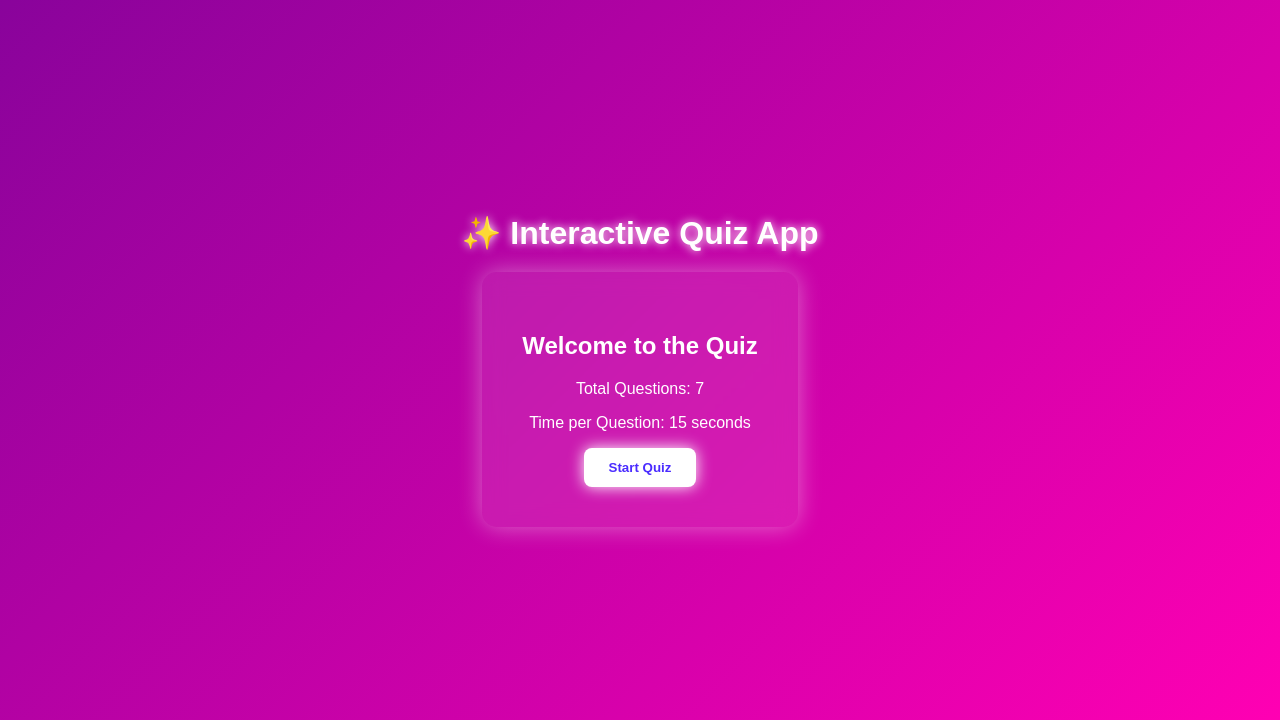
Repository: fatimaqueen9967-eng/SyntacexhubQuizApp
Page: index.html
The author's editor kept a copy of each file at every save. The page is drawn from the files as they stood at one save, then again after the next save.
The browser window is 1280 px wide. The pictures show the whole page.

Above is the page before, as saved 2026-03-15 20:31:04.

### index.html
<!DOCTYPE html>
<html lang="en">
<head>
<meta charset="UTF-8">
<meta name="viewport" content="width=device-width, initial-scale=1.0">
<title>Quiz App</title>
<link rel="stylesheet" href="style.css">
</head>

<body>

<h1 class="title">✨ Interactive Quiz App</h1>

<!-- START SCREEN -->

<div id="startScreen" class="start-screen">

<h2>Welcome to the Quiz</h2>

<p>Total Questions: <span id="totalQ"></span></p>
<p>Time per Question: 15 seconds</p>

<button id="startBtn">Start Quiz</button>

</div>

<!-- QUIZ BOX -->

<div class="box hidden">

<div class="progress-bar">
<div id="progress"></div>
</div>

<div class="top-bar">
<span id="counter"></span>
<span id="timer">⏱ 15s</span>
</div>

<div id="question"></div>

<div id="options" class="options"></div>

<div id="answer-info"></div>

<button id="nextBtn">Next</button>

</div>

<!-- RESULT -->

<div id="result" class="result-box hidden">

<div class="circle">
<span id="scorePercent">0%</span>
</div>

<h2>Quiz Result</h2>

<p id="correct"></p>
<p id="wrong"></p>

<button onclick="location.reload()">Restart Quiz</button>

</div>

<script src="script.js"></script>

</body>
</html>

### style.css
body{
background:linear-gradient(135deg,#89039b,#ff00b3);
font-family:Arial;
display:flex;
flex-direction:column;
align-items:center;
justify-content:center;
min-height:100vh;
margin:0;
color:white;
}

/* TITLE */

.title{
margin-bottom:20px;
text-shadow:0 0 10px white;
}

/* START SCREEN */

.start-screen{
background:rgba(255,255,255,0.1);
padding:40px;
border-radius:15px;
text-align:center;
box-shadow:0 0 25px rgba(255,255,255,0.4);
backdrop-filter:blur(10px);
animation:fadeIn 1s;
}

.start-screen button{
padding:12px 25px;
border:none;
border-radius:8px;
background:#fff;
color:#4b2cff;
font-weight:bold;
cursor:pointer;
box-shadow:0 0 15px white;
transition:.3s;
}

.start-screen button:hover{
transform:scale(1.1);
}

/* QUIZ BOX */

.box{
background:white;
color:#333;
width:420px;
max-width:90%;
padding:25px;
border-radius:12px;
box-shadow:0 0 25px rgba(0,0,0,0.3);
animation:fadeIn .5s;
}

.hidden{
display:none;
}

/* PROGRESS BAR */

.progress-bar{
width:100%;
height:8px;
background:#ddd;
border-radius:10px;
overflow:hidden;
margin-bottom:15px;
}

#progress{
height:100%;
width:0%;
background:linear-gradient(90deg,#4b2cff,#00c6ff);
transition:width .4s;
}

/* TOP BAR */

.top-bar{
display:flex;
justify-content:space-between;
margin-bottom:10px;
font-weight:bold;
}

/* QUESTION */

#question{
font-size:18px;
margin-bottom:15px;
}

/* OPTIONS */

.options button{
display:block;
width:100%;
padding:10px;
margin:8px 0;
border:none;
border-radius:8px;
background:#4b2cff;
color:white;
cursor:pointer;
transition:.3s;
}

.options button:hover{
transform:scale(1.05);
background:#2f1acc;
}

/* ANSWERS */

.correct{
background:#27ae60 !important;
}

.wrong{
background:#e74c3c !important;
}

/* CORRECT ANSWER TEXT */

#answer-info{
margin-top:10px;
font-weight:bold;
color:red;
}

/* NEXT BUTTON */

#nextBtn{
margin-top:15px;
padding:10px 20px;
background:#4b2cff;
color:white;
border:none;
border-radius:6px;
cursor:pointer;
}

/* RESULT */

.result-box{
text-align:center;
background:white;
color:#333;
padding:30px;
border-radius:12px;
width:350px;
max-width:90%;
box-shadow:0 0 25px rgba(0,0,0,0.3);
}

.circle{
width:150px;
height:150px;
border-radius:50%;
border:12px solid #4b2cff;
display:flex;
align-items:center;
justify-content:center;
font-size:28px;
font-weight:bold;
margin:20px auto;
animation:pop .6s;
}

/* ANIMATIONS */

@keyframes pop{
from{transform:scale(.5);opacity:0}
to{transform:scale(1)}
}

@keyframes fadeIn{
from{opacity:0;transform:translateY(20px)}
to{opacity:1}
}

/* RESPONSIVE */

@media(max-width:600px){

.box{
padding:20px;
}

#question{
font-size:16px;
}

.options button{
font-size:14px;
}

.circle{
width:120px;
height:120px;
font-size:22px;
}

}

### script.js
// Quiz Data
const quizData=[
{
question:"What is the capital of France?",
options:["Berlin","Madrid","Paris","Rome"],
answer:"Paris"
},
{
question:"Full form of HTML?",
options:["Hyper Text Markup Language","High Text Markup Language","Hyper Text Market Language","None"],
answer:"Hyper Text Markup Language"
},
{
question:"Founder of Microsoft?",
options:["Steve Jobs","Bill Gates","Mark Zuckerberg","Elon Musk"],
answer:"Bill Gates"
},
{
question:"Why do we use CSS?",
options:["To structure the content","To style the content","To add interactivity"],
answer:"To style the content"
},
{
question:"DOM stands for?",
options:["Document Object Model","Data Object Model","Document Oriented Model","Data Oriented Model"],
answer:"Document Object Model"
},
{
question:"What does CreateElement do in JavaScript?",
options:["Creates a new HTML element","Deletes an HTML element","Updates an HTML element"],
answer:"Creates a new HTML element"
},
{
question:"What is Bootstrap?",
options:["A CSS framework","A JavaScript library","A Python framework"],
answer:"A CSS framework"
}
]

// DOM Elements
let currentQuestion=0
let score=0
let wrong=0
let timer
let timeLeft=15

const startBtn=document.getElementById("startBtn")
const startScreen=document.getElementById("startScreen")
const totalQ=document.getElementById("totalQ")
const counter=document.getElementById("counter")

const questionEl=document.getElementById("question")
const optionsEl=document.getElementById("options")
const nextBtn=document.getElementById("nextBtn")
const timerEl=document.getElementById("timer")
const progress=document.getElementById("progress")
const answerInfo=document.getElementById("answer-info")

// Show total questions on start screen
totalQ.innerText=quizData.length

// Start Quiz
startBtn.onclick=()=>{
    startScreen.classList.add("hidden")
    document.querySelector(".box").classList.remove("hidden")
    loadQuestion()
}

// Load Question
function loadQuestion(){
    clearInterval(timer)
    timeLeft=15
    startTimer()

    let q=quizData[currentQuestion]
    questionEl.innerText=q.question
    optionsEl.innerHTML=""
    answerInfo.innerHTML=""

    // Progress bar
    progress.style.width=(currentQuestion/quizData.length)*100+"%"

    // Question counter
    counter.innerText=(currentQuestion+1)+" / "+quizData.length

    // Options buttons
    q.options.forEach(option=>{
        let btn=document.createElement("button")
        btn.innerText=option
        btn.onclick=()=>selectAnswer(btn,option,q.answer)
        optionsEl.appendChild(btn)
    })
}

// Timer Function
function startTimer(){
    timerEl.innerText="⏱ "+timeLeft+"s"
    timer=setInterval(()=>{
        timeLeft--
        timerEl.innerText="⏱ "+timeLeft+"s"
        if(timeLeft<=0){
            clearInterval(timer)
            showCorrectAnswer()
        }
    },1000)
}

// Select Answer
function selectAnswer(button,option,correct){
    clearInterval(timer)
    let buttons=document.querySelectorAll(".options button")
    buttons.forEach(btn=>btn.disabled=true)

    if(option===correct){
        button.classList.add("correct")
        score++
    }else{
        button.classList.add("wrong")
        wrong++
        showCorrectAnswer()
    }
}

// Show Correct Answer
function showCorrectAnswer(){
    let q=quizData[currentQuestion]
    let buttons=document.querySelectorAll(".options button")
    buttons.forEach(btn=>{
        if(btn.innerText===q.answer){
            btn.classList.add("correct")
        }
    })
    answerInfo.innerText="Correct Answer: "+q.answer
}

// Next Button
nextBtn.onclick=()=>{
    currentQuestion++
    if(currentQuestion<quizData.length){
        loadQuestion()
    }else{
        showResult()
    }
}

// Show Result
function showResult(){
    document.querySelector(".box").style.display="none"
    let result=document.getElementById("result")
    result.classList.remove("hidden")

    let percent=Math.round((score/quizData.length)*100)
    document.getElementById("scorePercent").innerText=percent+"%"
    document.getElementById("correct").innerText="Correct Answers: "+score
    document.getElementById("wrong").innerText="Wrong Answers: "+wrong
}

After the next save:
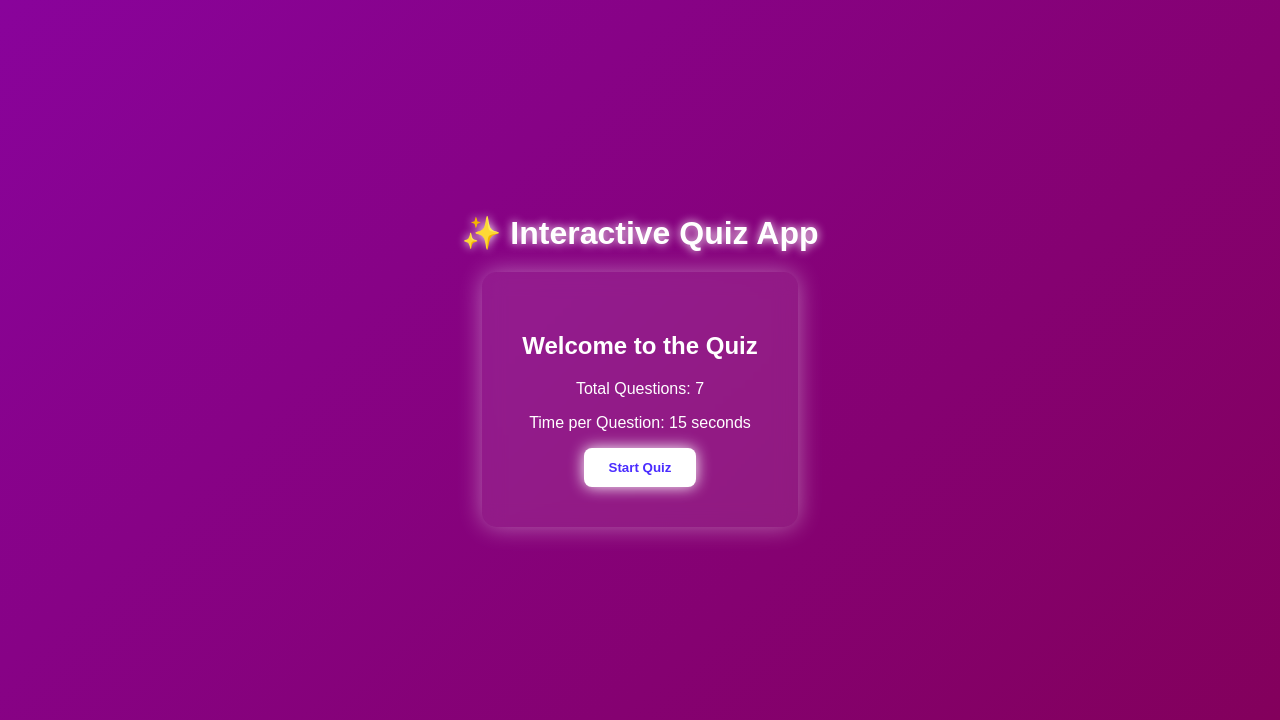
Saved 4 s later.
--- a/style.css
+++ b/style.css
@@ -1,5 +1,5 @@
 body{
-background:linear-gradient(135deg,#89039b,#ff00b3);
+background:linear-gradient(135deg,#89039b,#83005c);
 font-family:Arial;
 display:flex;
 flex-direction:column;
